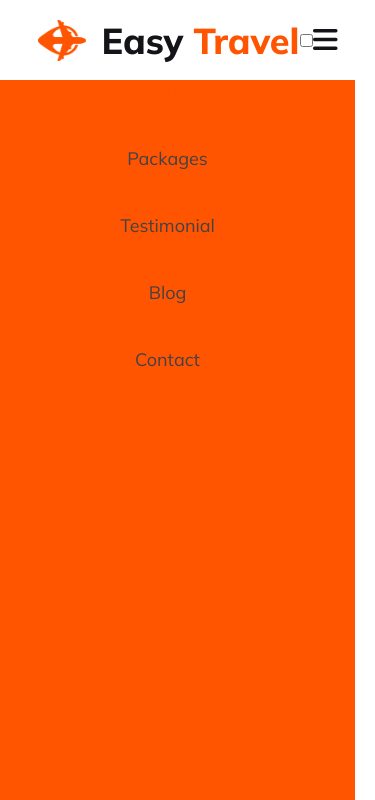
Repository: ShouravAhammed/Assignment-2
Page: index.html
These files come from the project's save history. The page is drawn as it stood at one moment and after the next save; the edit follows.
The browser window is 375 px wide. The pictures show the whole page.
Some web libraries are served in a nearby version.

Above is the page before, as saved 2024-01-16 01:55:39.

After the next save:
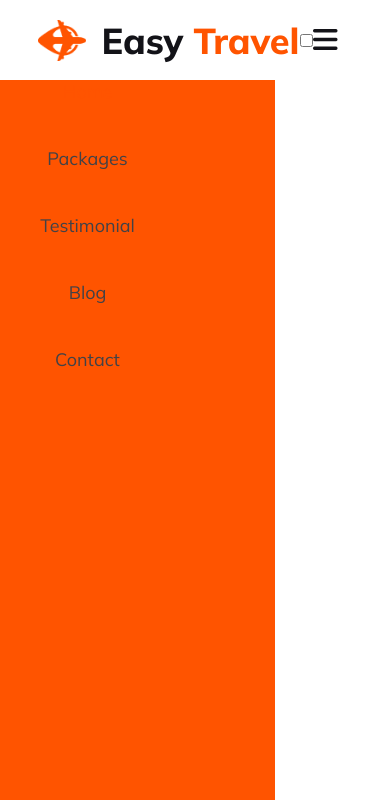
Saved 33 s later.
--- a/styles/style.css
+++ b/styles/style.css
@@ -104,7 +104,7 @@
         height: 100vh;
         background: #FF5400;
         top: 80px;
-        left: -20px;
+        left: -100px;
         text-align: center;
         transition: all ease 0.3s;
     }
